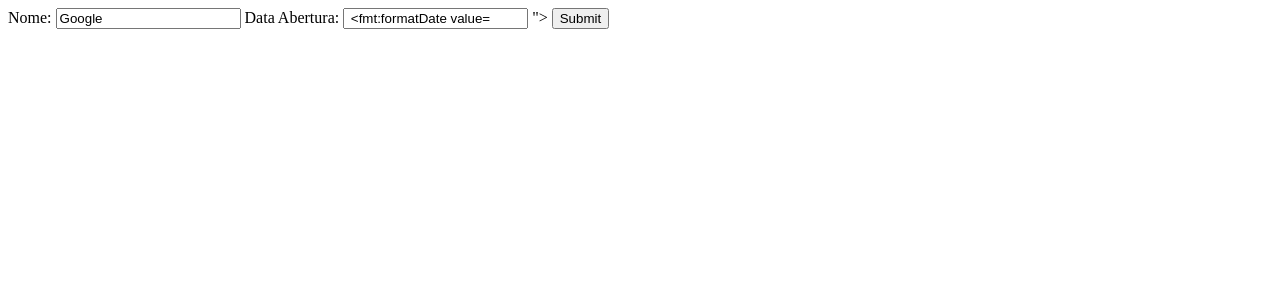
Repository: robsondmf1234/JAVA-EE
Page: http://localhost/gerenciador/mostraEmpresa?id=1
An editor plug-in stored every save of this project. The page is shown before and after the next save, followed by the edit.
The browser window is 1280 px wide. The pictures show the whole page.
The page is served by Tomcat 9.

Above is the page before, as saved 2019-06-25 01:07:29.

After the next save:
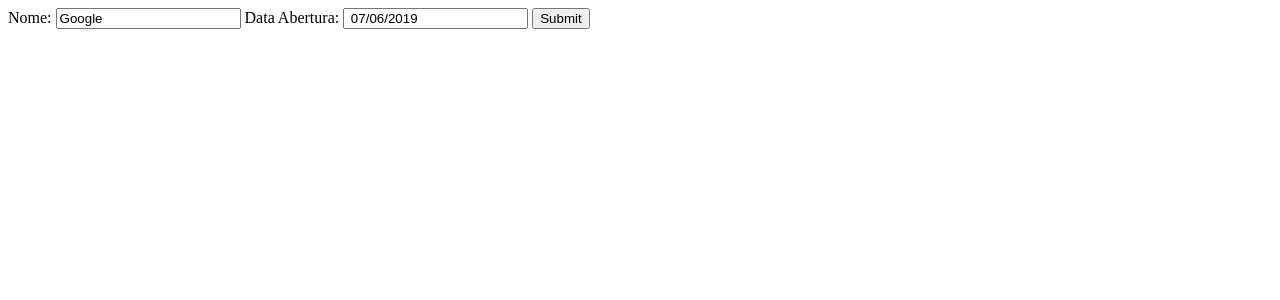
Saved 51 s later.
--- a/gerenciador/WebContent/formAlteraEmpresa.jsp
+++ b/gerenciador/WebContent/formAlteraEmpresa.jsp
@@ -1,4 +1,5 @@
 <%@ taglib uri="http://java.sun.com/jsp/jstl/core" prefix="c"%>
+<%@ taglib uri="http://java.sun.com/jsp/jstl/fmt" prefix="fmt"%>
 <c:url value="/novaEmpresa" var="linkServletNovaEmpresa"/>
 
 <!DOCTYPE html>
